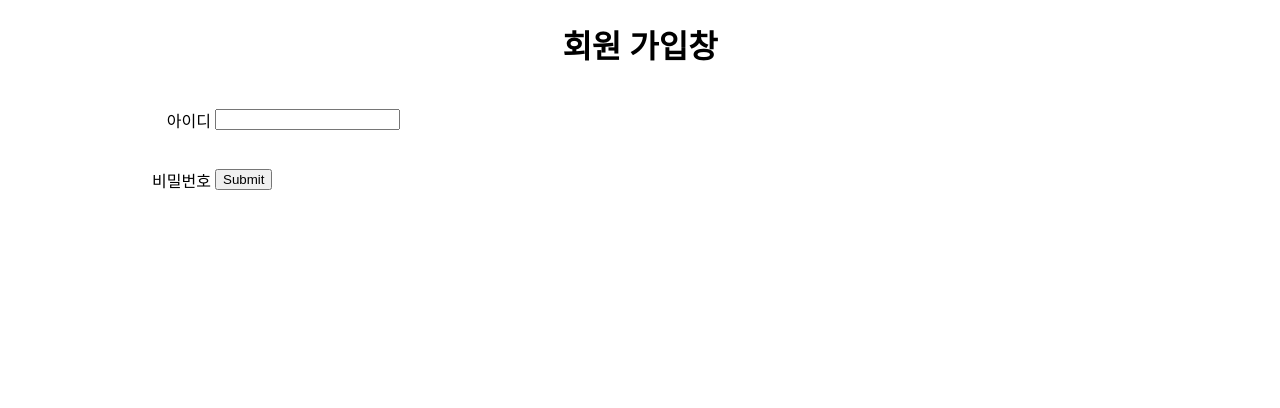
Repository: yw-son/yw-son
Page: http://localhost/pro14/test06/memberForm.jsp
These files come from the project's save history. The page is drawn as it stood at one moment and after the next save; the edit follows.
The browser window is 1280 px wide. The pictures show the whole page.
The page is served by Tomcat 9. Other server files are loaded and not shown.

Above is the page before, as saved 2023-06-16 06:33:21.

### pro14/src/main/webapp/test06/memberForm.jsp
<%@ page language="java" contentType="text/html; charset=UTF-8"
    pageEncoding="UTF-8"%>
<!DOCTYPE html>
<html>
<head>
<meta charset="UTF-8">
<title>Insert title here</title>
</head>
<body>
	<form method="post" action="member_action.jsp">
		<h1 style="text-align: center;">회원 가입창</h1>
		<table align="cenrer}">
			<tr>
				<td width="200">
				 <p align="right">아이디
				</td>
				<td width="400"><input type="text" name="id"></td>
			</tr>
			<tr>
			<td width="200">
				<p align="right">비밀번호
			</td>
			<td width="400"><input type="submit" name="pwd"></td>
			</tr>
		</table>
	</form>
</body>
</html>

After the next save:
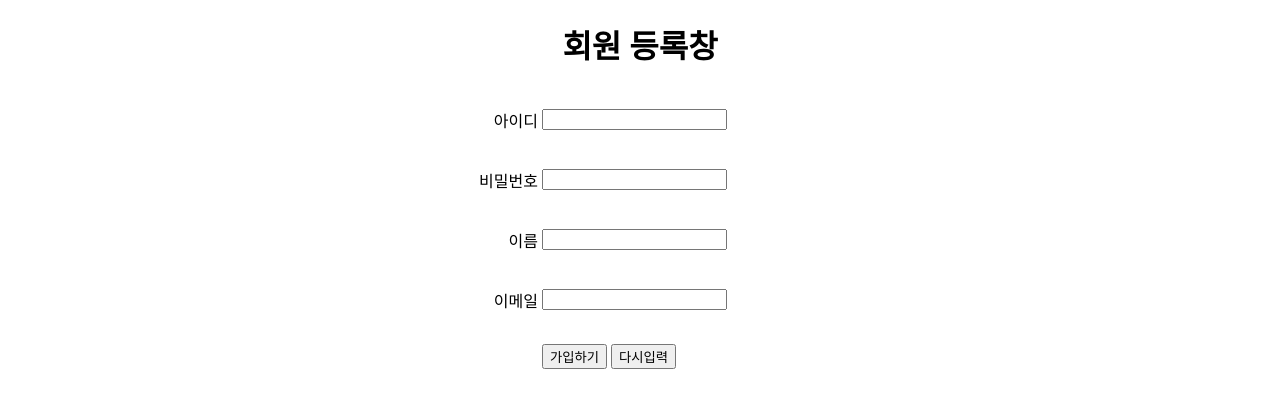
Saved 60 s later.
--- a/pro14/src/main/webapp/test06/memberForm.jsp
+++ b/pro14/src/main/webapp/test06/memberForm.jsp
@@ -3,26 +3,36 @@
 <!DOCTYPE html>
 <html>
 <head>
-<meta charset="UTF-8">
-<title>Insert title here</title>
-</head>
+   <meta charset="UTF-8">
+   <title>회원 등록창</title>
 <body>
-	<form method="post" action="member_action.jsp">
-		<h1 style="text-align: center;">회원 가입창</h1>
-		<table align="cenrer}">
-			<tr>
-				<td width="200">
-				 <p align="right">아이디
-				</td>
-				<td width="400"><input type="text" name="id"></td>
-			</tr>
-			<tr>
-			<td width="200">
-				<p align="right">비밀번호
-			</td>
-			<td width="400"><input type="submit" name="pwd"></td>
-			</tr>
-		</table>
-	</form>
+<form method="post"   action="member_action.jsp">
+<h1  style="text-align:center">회원 등록창</h1>
+<table  align="center">
+    <tr>
+       <td width="200"><p align="right">아이디</td>
+       <td width="400"><input type="text" name="id"></td>
+    </tr>
+    <tr>
+        <td width="200"><p align="right">비밀번호</td>
+        <td width="400"><input type="password"  name="pwd"></td>
+    </tr>
+    <tr>
+        <td width="200"><p align="right">이름</td>
+        <td width="400"><p><input type="text"  name="name"></td>
+    </tr>
+    <tr>
+        <td width="200"><p align="right">이메일</td>
+        <td width="400"><p><input type="text"  name="email"></td>
+    </tr>
+    <tr>
+        <td width="200"><p>&nbsp;</p></td>
+        <td width="400">
+	<input type="submit" value="가입하기">
+	<input type="reset" value="다시입력">
+  </td>
+    </tr>
+</table>
+</form>
 </body>
 </html>
